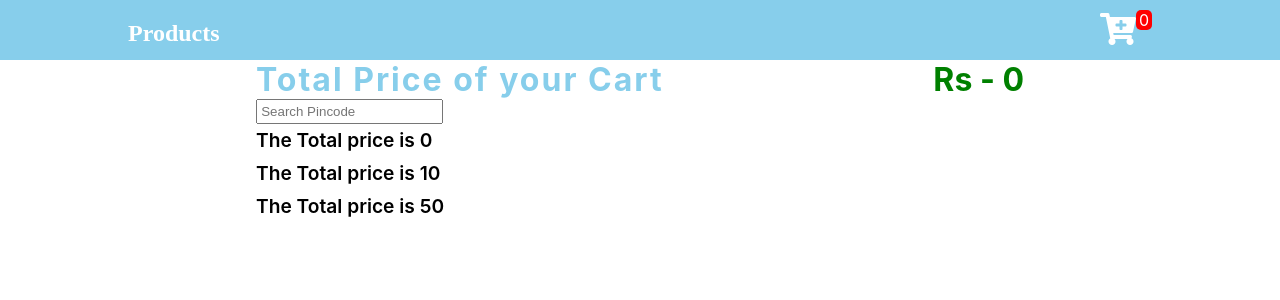
Repository: Imprasna/react-ecommerce
Page: /, after clicking the first element matching `div.cart`
These files come from the project's save history. The page is drawn as it stood at one moment and after a run of saves; the edit follows.
The browser window is 1280 px wide. The pictures show the whole page.
Some web libraries are served in a nearby version. The project was rebuilt for these pictures with package versions that can differ from the ones it lists, and the page was loaded fresh each time.

Above is the page before, as saved 2022-06-14 21:26:13.

After the next 6 saves:
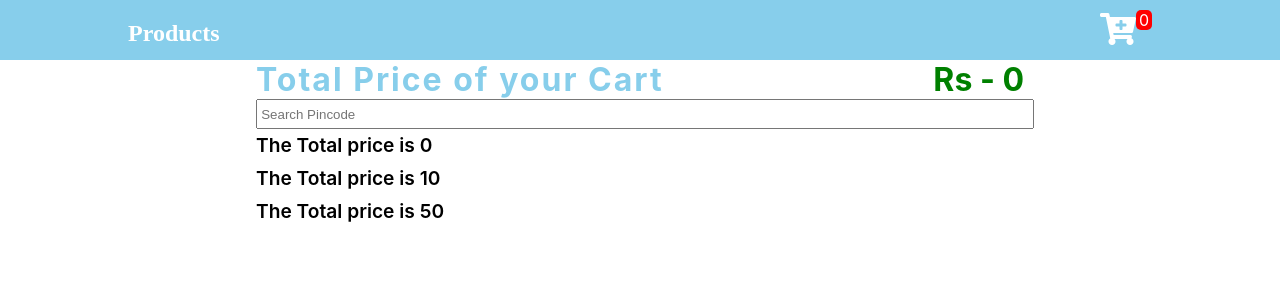
The 6 saves are shown as one change because they came seconds apart.
The last was saved 14 s later.
--- a/src/components/css/cart.css
+++ b/src/components/css/cart.css
@@ -85,5 +85,7 @@
 
 
   .searchBox {
-    padding: .2rem ;
+    padding: .2rem;
+    height: 20px;
+    width: 100%;
   }
